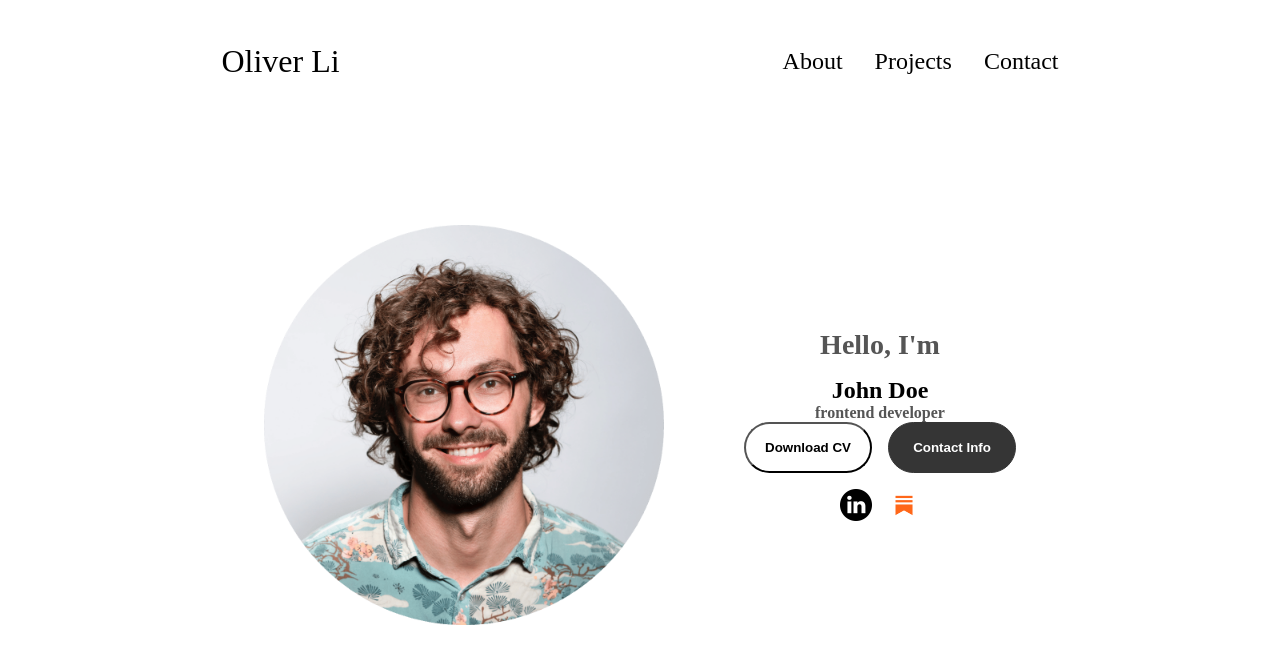
Repository: oliverli1728/portfolio
Page: index.html
An editor plug-in stored every save of this project. The page is shown before and after the next save, followed by the edit.
The browser window is 1280 px wide. The pictures show the whole page.
Some web fonts or font styles are not loaded; a fallback is used.

Above is the page before, as saved 2025-09-25 21:15:13.
Console error (its wording comes from the project's code and is left out).

### index.html
<!DOCTYPE html>
<html lang="en">
<head>
    <meta charset="UTF-8">
    <meta name="viewport" content="width=device-width, initial-scale=1.0">
    <title>PC</title>
    <link rel="stylesheet" href="style.css">
    <link rel="stylesheet" href="mediaqueries.css">
</head>
    <body>
        <nav id="desktop-nav">
            <div class="logo">Oliver Li</div>
            <div>
                <ul class="nav-links">
                    <li> <a href="#about">About</a></li>
                    <li> <a href="#projects">Projects</a></li>
                    <li> <a href="#contact">Contact</a></li>
                </ul>
            </div>
        </nav>
        <nav id="hamburger-nav">
            <div class="logo">Oliver Li</div>
            <div class="hamburger-menu">
                <div class="hamburger-icon" onclick="toggleMenu()">
                    <span></span>
                    <span></span>
                    <span></span>
                </div>
                <div class="menu-links">
                    <li> <a href="#about" onclick="toggleMenu()">About</a></li>
                    <li> <a href="#projects" onclick="toggleMenu()">Projects</a></li>
                    <li> <a href="#contact" onclick="toggleMenu()">Contact</a></li>
                </div>
            </div>
        </nav>
        <section id="profile">
            <div class="section__pic-container">
                <img src="./assets/profile-pic.png" alt="John Doe profile">
            </div>
        <div class="section__text">
            <p class="section__text__p1">Hello, I'm</p>
            <h1 class="Title">John Doe</h1>
            <p class="section__text__p2">frontend developer</p>
            <div class="btn-container">
                <button class="btn btn-color-2"
                onclick="window.open('./assets/resume-example.pdf')">Download CV
            </button>
                <button class="btn btn-color-1"
                onclick="location.href='./#contact'">Contact Info
            </button>
            </div>
            <div id="socials-container">
                <img src="./assets/linkedin.png" alt="LinkedIn"
                class="icon" onclick="location.href='https://www.linkedin.com/in/oliverli1728/'">

                <img src="./assets/substack.png" alt="substack"
                class="icon" onclick="location.href='https://substack.com/@oliver1728">

            </div>
        </div>
        </section>
        <script src="script.js"></script>
    </body>
</html>

### style.css
/* General */


@import url('https://fonts.googleapis.com/css2?family=Lusitana:wght@400;700&display=swap');


* {
    margin: 0;
    padding: 0;
}

body {
    font-family: "Lusitana", serif;
    font-weight: 400;
    font-style: normal;
}

html {
    scroll-behavior: smooth;
}

p {
    color: rgb(85, 85, 85);
}

/* transition */

a, .btn {
    transition: all 300ms ease;
}

/* Desktop Nav*/

nav, .nav-links {
    display: flex;
}

nav {
    justify-content: space-around;
    align-items: center;
    height: 17vh;
}

.nav-links {
    gap: 2rem;
    list-style: none;
    font-size: 1.5rem;
}

a {
    color: black;
    text-decoration: none;
    text-decoration-color: white;
}

a:hover {
    color: grey;
    text-decoration: underline;
    text-underline-offset: 0.5rem;
    text-decoration-color: (181, 181, 181);
}

.logo {
    font-size: 2rem;
}

.logo:hover {
    cursor: default;
}


/*Hamburger Menu*/

#hamburger-nav {
    display: none;
}

.hamburger-menu {
    position: relative;
    display: inline-block;
}

.hamburger-icon {
    display: flex;
    flex-direction: column;
    justify-content: space-between;
    height: 24px;
    width: 30px;
    cursor: pointer;
}

.hamburger-icon span {
    width: 100%;
    height: 2px;
    background-color: black;
    transition: all 0.3 ease-in-out;
}

.menu-links {
    position: absolute;
    top: 100%;
    right: 0;
    background-color: white;
    width: fit-content;
    max-height: 0;
    overflow: hidden;
    transition: all 0.3 ease-in-out;
}

.menu-links a {
    display: block;
    padding: 10px;
    text-align: center;
    font-size: 1.5rem;
    color: black;
    text-decoration: none;
    transition: all 0.3 ease-in-out;
}

.menu-links li {
    list-style: none;
}

.menu-links.open {
    max-height: 300px;
}

/* Rotating line into x */
.hamburger-icon.open span:first-child {
    transform: rotate(45deg) translate(10px, 5px)
}

.hamburger-icon.open span:nth-child(2) {
    opacity: 0;
}

.hamburger-icon.open span:last-child {
    transform: rotate(-45deg) translate(10px, -5px)
}

.hamburger-icon span:first-child {
    transform: none;
}

.hamburger-icon span:first-child {
    opacity: 1;
}

.hamburger-icon span:first-child {
    transform: none;
}


/* Sections */


section {
    padding-top: 4vh;
    height: 96vh;
    margin: 0 10rem;
    box-sizing: border-box;
    min-height: fit-content;
}

.section-container {
    display: flex;
}


/* Profile Section */

#profile {
    display: flex;
    justify-content: center;
    gap: 5rem;
    height: 80vh;
}

.section__pic-container {
    display: flex;
    height: 400px;
    width: 400px;
    margin: auto 0;
}

.section__text {
    align-self: center;
    text-align: center;
}

.section__text p {
    font-weight: 600;
}

.section__text__p1 {
    text-align: center;
}

.section__text__p1 {
    font-size: 1.75rem;
    margin-bottom: 1rem;
}

.title {
    font-size: 3rem;
    text-align: center;
}

#socials-container {
    display: flex;
    justify-content: center;
    margin-top: 1rem;
    gap: 1rem;
}

/* ICONS */

.icon {
    cursor: pointer;
    height: 2rem;
}

/* Buttons */

.btn-container {
    display: flex;
    justify-content: center;
    gap: 1rem;
}

.btn {
    font-weight: 600;
    transition: all 300ms ease;
    padding: 1rem;
    width: 8rem;
    border-radius: 2rem;
}

.btn-color-1, btn-color-2 {
    border: rgb(53, 53, 53) 0.1rem solid;

}

.btn-color-1:hover, btn-color-2:hover {
    cursor: pointer;
}

.btn-color-1, btn-color-2:hover {
    background: rgb(53, 53, 53);
    color: white;
}

.btn-color-1:hover {
    background: rgb(0, 0, 0);
}

.btn-color-2 {
    background: none;
}

.btn-color2:hover {
    border: rgb(255, 255, 255) 0.1 rem solid;
}

.btn-container {
    gap: 1rem;
}

### mediaqueries.css

/*When screen size < 1200px, desktop nav disappears*/
@media screen and (max-width: 1200px) {
    #desktop-nav {
        display: none;
    }
    #hamburger-nav {
        display: flex;
    }
}

### script.js
function toggleMenu() {
    const menu = document.querySelector(".menu-links");
    const icon = document.querySelector(".hamburger-icon");

    menu.classList.toggle("open")
    icon.classList.toggle("open")
}

After the next save:
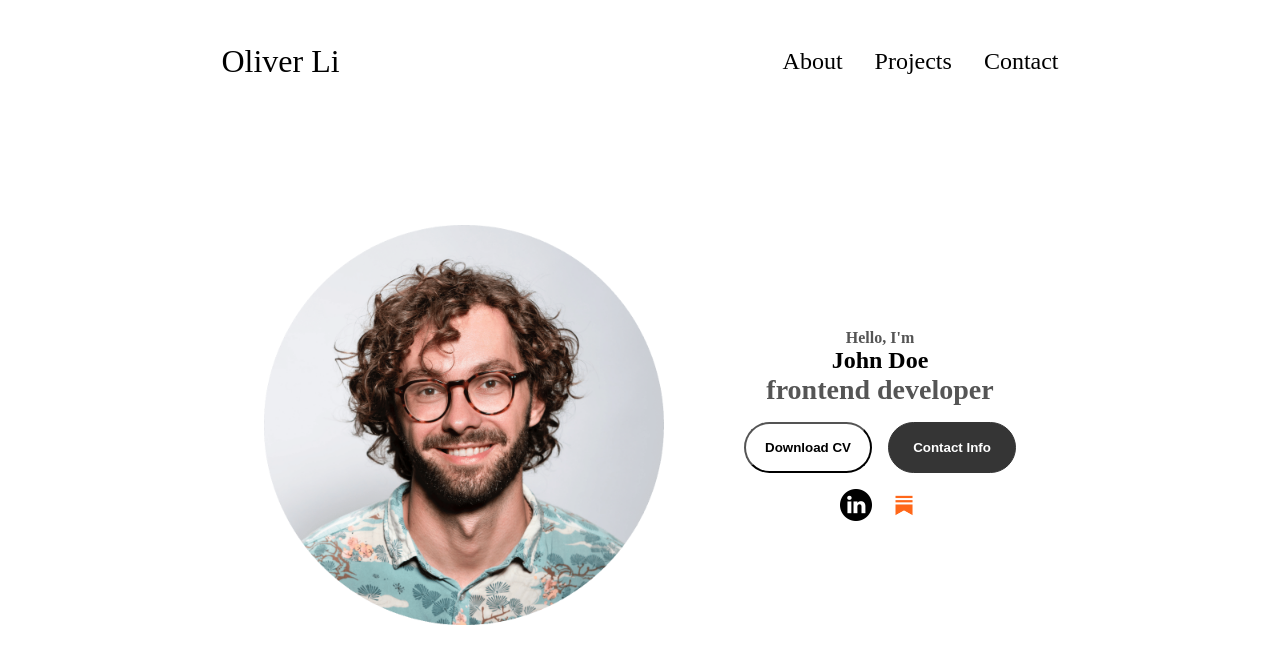
Saved 40 s later.
--- a/style.css
+++ b/style.css
@@ -196,7 +196,7 @@ section {
     text-align: center;
 }
 
-.section__text__p1 {
+.section__text__p2 {
     font-size: 1.75rem;
     margin-bottom: 1rem;
 }
